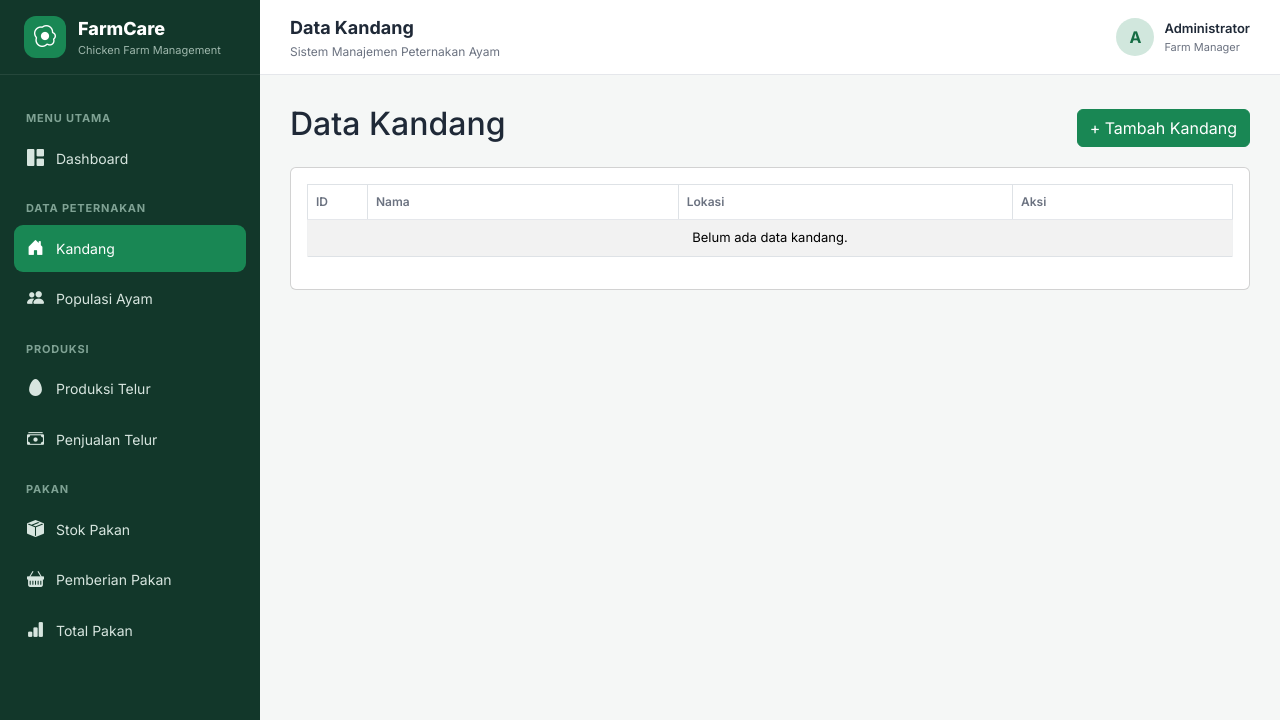
Repository: syafira-nur25/bukanayampart1
Page: http://localhost/kandang
The author's editor kept a copy of each file at every save. The page is drawn from the files as they stood at one save, then again after the next save.
The browser window is 1280 px wide. The pictures show the whole page.
The page is served by the project's Laravel application, run on PHP 8.4 with Laravel 12. A made-up administrator, Test User (test@example.com), is signed in. Other server files are loaded and not shown. Queries for data that is not in the repository find no rows.

Above is the page before, as saved 2026-08-13 09:42:20.

### routes/web.php
<?php

use Illuminate\Support\Facades\Route;
use App\Http\Controllers\KandangController;
use App\Http\Controllers\PopulasiController;
use App\Http\Controllers\ProduksiTelurController;
use App\Http\Controllers\PenjualanTelurController;
use App\Http\Controllers\PakanKandangController;
use App\Http\Controllers\PemberianPakanController;
use App\Http\Controllers\TotalPakanController;
use App\Http\Controllers\DashboardController;

Route::get('/', [DashboardController::class, 'index'])
    ->name('dashboard');

Route::resource('kandang', KandangController::class);

Route::resource('populasi', PopulasiController::class);

Route::resource('produksi-telur', ProduksiTelurController::class);

Route::resource('penjualan-telur', PenjualanTelurController::class);

Route::resource('pakan-kandang', PakanKandangController::class);

Route::resource('pemberian-pakan', PemberianPakanController::class);

Route::resource('total-pakan', TotalPakanController::class);

### app/Models/User.php
<?php

namespace App\Models;

// use Illuminate\Contracts\Auth\MustVerifyEmail;
use Database\Factories\UserFactory;
use Illuminate\Database\Eloquent\Factories\HasFactory;
use Illuminate\Foundation\Auth\User as Authenticatable;
use Illuminate\Notifications\Notifiable;

class User extends Authenticatable
{
    /** @use HasFactory<UserFactory> */
    use HasFactory, Notifiable;

    /**
     * The attributes that are mass assignable.
     *
     * @var list<string>
     */
    protected $fillable = [
        'name',
        'email',
        'password',
    ];

    /**
     * The attributes that should be hidden for serialization.
     *
     * @var list<string>
     */
    protected $hidden = [
        'password',
        'remember_token',
    ];

    /**
     * Get the attributes that should be cast.
     *
     * @return array<string, string>
     */
    protected function casts(): array
    {
        return [
            'email_verified_at' => 'datetime',
            'password' => 'hashed',
        ];
    }
}

### app/Http/Controllers/KandangController.php
<?php

namespace App\Http\Controllers;

use App\Models\Kandang;
use Illuminate\Http\Request;

class KandangController extends Controller
{
    public function index()
    {
        $kandangs = Kandang::latest()->get();

        return view('kandang.index', compact('kandangs'));
    }

    public function create()
    {
        return view('kandang.create');
    }

    public function store(Request $request)
    {
        $validated = $request->validate([
            'nama' => 'required|string|max:100',
            'lokasi' => 'required|string|max:100',
        ]);

        Kandang::create($validated);

        return redirect()
            ->route('kandang.index')
            ->with('success', 'Kandang berhasil ditambahkan.');
    }

    public function show(Kandang $kandang)
    {
        return view('kandang.show', compact('kandang'));
    }

    public function edit(Kandang $kandang)
    {
        return view('kandang.edit', compact('kandang'));
    }

    public function update(Request $request, Kandang $kandang)
    {
        $validated = $request->validate([
            'nama' => 'required|string|max:100',
            'lokasi' => 'required|string|max:100',
        ]);

        $kandang->update($validated);

        return redirect()
            ->route('kandang.index')
            ->with('success', 'Kandang berhasil diperbarui.');
    }

    public function destroy(Kandang $kandang)
    {
        $kandang->delete();

        return redirect()
            ->route('kandang.index')
            ->with('success', 'Kandang berhasil dihapus.');
    }
}

### app/Models/Kandang.php
<?php

namespace App\Models;

use Illuminate\Database\Eloquent\Model;
use Illuminate\Database\Eloquent\Relations\HasMany;

class Kandang extends Model
{
    protected $table = 'kandang';

    protected $fillable = [
        'nama',
        'lokasi',
    ];

    public function populasi(): HasMany
    {
        return $this->hasMany(Populasi::class, 'kandang_id');
    }

    public function produksiTelur(): HasMany
    {
        return $this->hasMany(ProduksiTelur::class, 'kandang_id');
    }

    public function pakanKandang(): HasMany
    {
        return $this->hasMany(PakanKandang::class, 'kandang_id');
    }
}

### resources/views/kandang/index.blade.php
@extends('layouts.app')

@section('title', 'Data Kandang')

@section('content')

<div class="d-flex justify-content-between align-items-center mb-3">
    <h2>Data Kandang</h2>

    <a href="{{ route('kandang.create') }}" class="btn btn-primary">
        + Tambah Kandang
    </a>
</div>

<div class="card">
    <div class="card-body">

        <table class="table table-bordered table-striped">
            <thead>
                <tr>
                    <th width="60">ID</th>
                    <th>Nama</th>
                    <th>Lokasi</th>
                    <th width="220">Aksi</th>
                </tr>
            </thead>

            <tbody>
                @forelse($kandangs as $kandang)
                    <tr>
                        <td>{{ $kandang->id }}</td>
                        <td>{{ $kandang->nama }}</td>
                        <td>{{ $kandang->lokasi }}</td>
                        <td>
                            <a
                                href="{{ route('kandang.show', $kandang) }}"
                                class="btn btn-sm btn-info"
                            >
                                Detail
                            </a>

                            <a
                                href="{{ route('kandang.edit', $kandang) }}"
                                class="btn btn-sm btn-warning"
                            >
                                Edit
                            </a>

                            <form
                                action="{{ route('kandang.destroy', $kandang) }}"
                                method="POST"
                                class="d-inline"
                            >
                                @csrf
                                @method('DELETE')

                                <button
                                    type="submit"
                                    class="btn btn-sm btn-danger"
                                    onclick="return confirm('Hapus kandang ini?')"
                                >
                                    Hapus
                                </button>
                            </form>
                        </td>
                    </tr>
                @empty
                    <tr>
                        <td colspan="4" class="text-center">
                            Belum ada data kandang.
                        </td>
                    </tr>
                @endforelse
            </tbody>
        </table>

    </div>
</div>

@endsection

### resources/views/layouts/app.blade.php
<!DOCTYPE html>
<html lang="id">

<head>
    <meta charset="UTF-8">

    <meta
        name="viewport"
        content="width=device-width, initial-scale=1.0"
    >

    <title>
        @yield('title', 'Farm Management')
    </title>

    <link
        href="https://cdn.jsdelivr.net/npm/bootstrap@5.3.3/dist/css/bootstrap.min.css"
        rel="stylesheet"
    >

    <link
        href="https://cdn.jsdelivr.net/npm/bootstrap-icons@1.11.3/font/bootstrap-icons.css"
        rel="stylesheet"
    >

    <link
        rel="preconnect"
        href="https://fonts.googleapis.com"
    >

    <link
        rel="preconnect"
        href="https://fonts.gstatic.com"
        crossorigin
    >

    <link
        href="https://fonts.googleapis.com/css2?family=Inter:wght@400;500;600;700;800&display=swap"
        rel="stylesheet"
    >

    <style>

        :root {
            --primary: #198754;
            --primary-dark: #146c43;
            --sidebar: #12372a;
            --sidebar-hover: #1c4d3b;
            --background: #f5f7f6;
            --card: #ffffff;
            --text: #1f2937;
            --muted: #6b7280;
            --border: #e5e7eb;
        }

        * {
            box-sizing: border-box;
        }

        body {
            margin: 0;
            font-family: 'Inter', sans-serif;
            background: var(--background);
            color: var(--text);
        }

        /* SIDEBAR */

        .sidebar {
            width: 260px;
            height: 100vh;

            position: fixed;
            left: 0;
            top: 0;

            background: var(--sidebar);
            color: white;

            z-index: 1000;

            transition: 0.3s;
        }

        .brand {
            height: 75px;

            display: flex;
            align-items: center;

            padding: 0 24px;

            border-bottom: 1px solid rgba(255,255,255,0.08);
        }

        .brand-icon {
            width: 42px;
            height: 42px;

            display: flex;
            align-items: center;
            justify-content: center;

            background: #198754;
            border-radius: 12px;

            font-size: 22px;

            margin-right: 12px;
        }

        .brand-title {
            font-size: 18px;
            font-weight: 800;
        }

        .brand-subtitle {
            font-size: 11px;
            color: #9fb8ad;
        }

        .sidebar-content {
            padding: 20px 14px;
        }

        .menu-title {
            font-size: 11px;
            font-weight: 700;

            color: #7fa294;

            text-transform: uppercase;

            padding: 15px 12px 8px;

            letter-spacing: 0.8px;
        }

        .sidebar a {
            color: #d7e5df;

            text-decoration: none;

            display: flex;
            align-items: center;

            gap: 12px;

            padding: 11px 13px;

            border-radius: 9px;

            margin-bottom: 3px;

            font-size: 14px;

            transition: 0.2s;
        }

        .sidebar a:hover {
            background: var(--sidebar-hover);
            color: white;
        }

        .sidebar a.active {
            background: var(--primary);
            color: white;
        }

        .sidebar a i {
            font-size: 17px;
        }

        /* MAIN */

        .main {
            margin-left: 260px;
            min-height: 100vh;
        }

        /* TOPBAR */

        .topbar {
            height: 75px;

            background: white;

            border-bottom: 1px solid var(--border);

            display: flex;
            align-items: center;
            justify-content: space-between;

            padding: 0 30px;
        }

        .page-title {
            font-size: 18px;
            font-weight: 700;
        }

        .page-subtitle {
            font-size: 12px;
            color: var(--muted);
            margin-top: 2px;
        }

        .profile {
            display: flex;
            align-items: center;
            gap: 10px;
        }

        .profile-avatar {
            width: 38px;
            height: 38px;

            display: flex;
            align-items: center;
            justify-content: center;

            background: #d1e7dd;

            color: var(--primary-dark);

            border-radius: 50%;

            font-weight: 700;
        }

        /* CONTENT */

        .content {
            padding: 30px;
        }

        /* CARDS */

        .stat-card {
            background: white;

            border: 1px solid var(--border);

            border-radius: 16px;

            padding: 20px;

            height: 100%;

            transition: 0.2s;
        }

        .stat-card:hover {
            transform: translateY(-2px);

            box-shadow:
                0 8px 25px rgba(0,0,0,0.06);
        }

        .stat-top {
            display: flex;
            justify-content: space-between;
            align-items: center;
        }

        .stat-icon {
            width: 45px;
            height: 45px;

            display: flex;
            align-items: center;
            justify-content: center;

            border-radius: 12px;

            font-size: 20px;
        }

        .icon-green {
            background: #d1e7dd;
            color: #146c43;
        }

        .icon-blue {
            background: #cfe2ff;
            color: #084298;
        }

        .icon-yellow {
            background: #fff3cd;
            color: #997404;
        }

        .icon-red {
            background: #f8d7da;
            color: #842029;
        }

        .stat-label {
            color: var(--muted);
            font-size: 13px;
            margin-top: 16px;
        }

        .stat-value {
            font-size: 27px;
            font-weight: 800;
            margin-top: 4px;
        }

        .stat-description {
            color: var(--muted);
            font-size: 11px;
            margin-top: 4px;
        }

        /* PANEL */

        .panel {
            background: white;

            border: 1px solid var(--border);

            border-radius: 16px;

            padding: 22px;

            height: 100%;
        }

        .panel-header {
            display: flex;

            align-items: center;
            justify-content: space-between;

            margin-bottom: 20px;
        }

        .panel-title {
            font-size: 16px;
            font-weight: 700;
        }

        .panel-link {
            color: var(--primary);

            text-decoration: none;

            font-size: 13px;
            font-weight: 600;
        }

        /* TABLE */

        .table {
            vertical-align: middle;
        }

        .table thead th {
            font-size: 12px;

            color: var(--muted);

            font-weight: 600;

            border-bottom: 1px solid var(--border);
        }

        .table tbody td {
            font-size: 13px;

            border-color: #f0f1f2;
        }

        .badge-status {
            padding: 6px 10px;

            border-radius: 20px;

            font-size: 11px;

            font-weight: 600;
        }

        .badge-success {
            background: #d1e7dd;
            color: #146c43;
        }

        .badge-warning {
            background: #fff3cd;
            color: #997404;
        }

        /* BUTTON */

        .btn-primary {
            background: var(--primary);
            border-color: var(--primary);
        }

        .btn-primary:hover {
            background: var(--primary-dark);
            border-color: var(--primary-dark);
        }

        /* MOBILE */

        @media (max-width: 991px) {

            .sidebar {
                transform: translateX(-100%);
            }

            .sidebar.show {
                transform: translateX(0);
            }

            .main {
                margin-left: 0;
            }

            .content {
                padding: 20px;
            }

            .topbar {
                padding: 0 20px;
            }

        }

    </style>

    @stack('styles')

</head>

<body>

<!-- SIDEBAR -->

<aside class="sidebar" id="sidebar">

    <div class="brand">

        <div class="brand-icon">
            <i class="bi bi-egg-fried"></i>
        </div>

        <div>
            <div class="brand-title">
                FarmCare
            </div>

            <div class="brand-subtitle">
                Chicken Farm Management
            </div>
        </div>

    </div>

    <div class="sidebar-content">

        <div class="menu-title">
            Menu Utama
        </div>

        <a
            href="{{ url('/') }}"
            class="{{ request()->is('/') ? 'active' : '' }}"
        >
            <i class="bi bi-grid-1x2-fill"></i>
            Dashboard
        </a>


        <div class="menu-title">
            Data Peternakan
        </div>

        <a
            href="{{ route('kandang.index') }}"
            class="{{ request()->is('kandang*') ? 'active' : '' }}"
        >
            <i class="bi bi-house-door-fill"></i>
            Kandang
        </a>

        <a
            href="{{ route('populasi.index') }}"
            class="{{ request()->is('populasi*') ? 'active' : '' }}"
        >
            <i class="bi bi-people-fill"></i>
            Populasi Ayam
        </a>


        <div class="menu-title">
            Produksi
        </div>

        <a
            href="{{ route('produksi-telur.index') }}"
            class="{{ request()->is('produksi-telur*') ? 'active' : '' }}"
        >
            <i class="bi bi-egg-fill"></i>
            Produksi Telur
        </a>

        <a
            href="{{ route('penjualan-telur.index') }}"
            class="{{ request()->is('penjualan-telur*') ? 'active' : '' }}"
        >
            <i class="bi bi-cash-stack"></i>
            Penjualan Telur
        </a>


        <div class="menu-title">
            Pakan
        </div>

        <a
            href="{{ route('pakan-kandang.index') }}"
            class="{{ request()->is('pakan-kandang*') ? 'active' : '' }}"
        >
            <i class="bi bi-box-seam-fill"></i>
            Stok Pakan
        </a>

        <a
            href="{{ route('pemberian-pakan.index') }}"
            class="{{ request()->is('pemberian-pakan*') ? 'active' : '' }}"
        >
            <i class="bi bi-basket-fill"></i>
            Pemberian Pakan
        </a>

        <a
            href="{{ route('total-pakan.index') }}"
            class="{{ request()->is('total-pakan*') ? 'active' : '' }}"
        >
            <i class="bi bi-bar-chart-fill"></i>
            Total Pakan
        </a>

    </div>

</aside>


<!-- MAIN -->

<div class="main">

    <!-- TOPBAR -->

    <header class="topbar">

        <div>

            <div class="page-title">
                @yield('title', 'Dashboard')
            </div>

            <div class="page-subtitle">
                Sistem Manajemen Peternakan Ayam
            </div>

        </div>

        <div class="profile">

            <div class="profile-avatar">
                A
            </div>

            <div class="d-none d-md-block">

                <div style="font-size:13px;font-weight:600;">
                    Administrator
                </div>

                <div style="font-size:11px;color:#6b7280;">
                    Farm Manager
                </div>

            </div>

        </div>

    </header>


    <!-- CONTENT -->

    <main class="content">

        @if(session('success'))

            <div class="alert alert-success border-0 shadow-sm">
                <i class="bi bi-check-circle-fill me-2"></i>
                {{ session('success') }}
            </div>

        @endif


        @if($errors->any())

            <div class="alert alert-danger border-0 shadow-sm">

                <strong>
                    Terjadi kesalahan:
                </strong>

                <ul class="mb-0 mt-2">

                    @foreach($errors->all() as $error)

                        <li>
                            {{ $error }}
                        </li>

                    @endforeach

                </ul>

            </div>

        @endif


        @yield('content')

    </main>

</div>


<script
    src="https://cdn.jsdelivr.net/npm/bootstrap@5.3.3/dist/js/bootstrap.bundle.min.js">
</script>

@stack('scripts')

</body>

</html>

Loaded but not shown: app/Http/Controllers/Controller.php (common file)

After the next save:
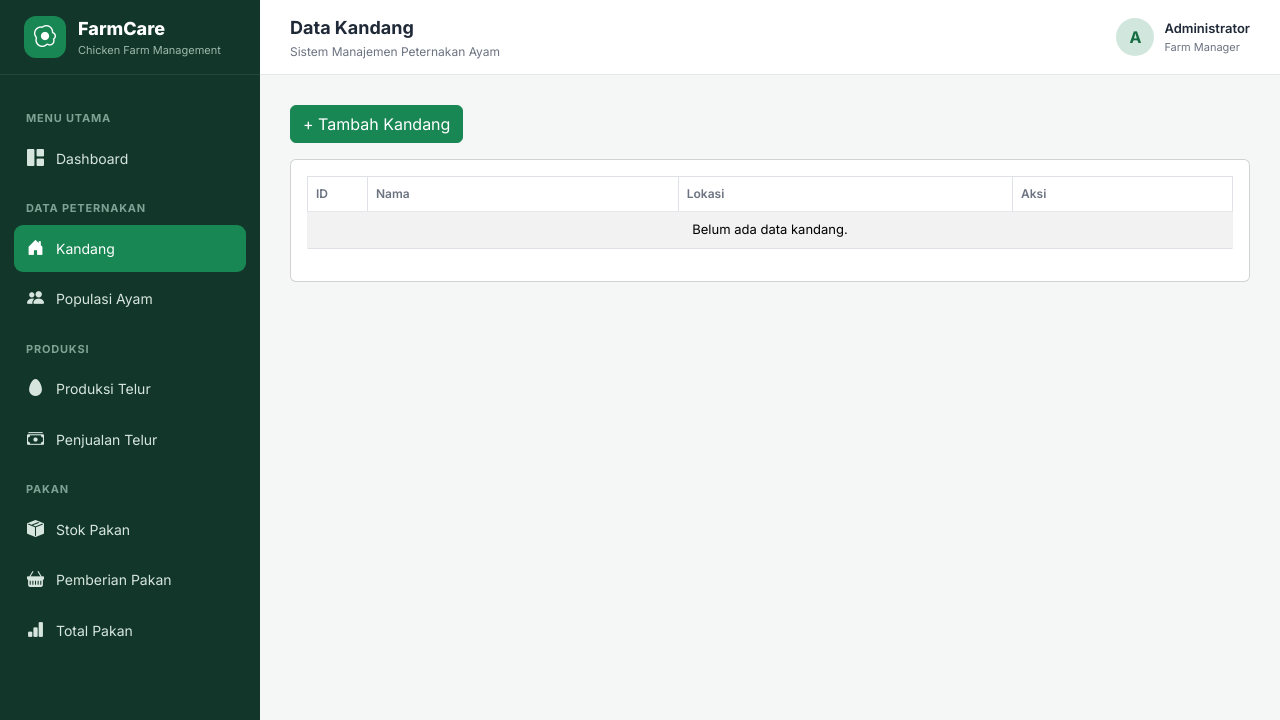
Saved 30 s later.
--- a/resources/views/kandang/index.blade.php
+++ b/resources/views/kandang/index.blade.php
@@ -5,7 +5,6 @@
 @section('content')
 
 <div class="d-flex justify-content-between align-items-center mb-3">
-    <h2>Data Kandang</h2>
 
     <a href="{{ route('kandang.create') }}" class="btn btn-primary">
         + Tambah Kandang
